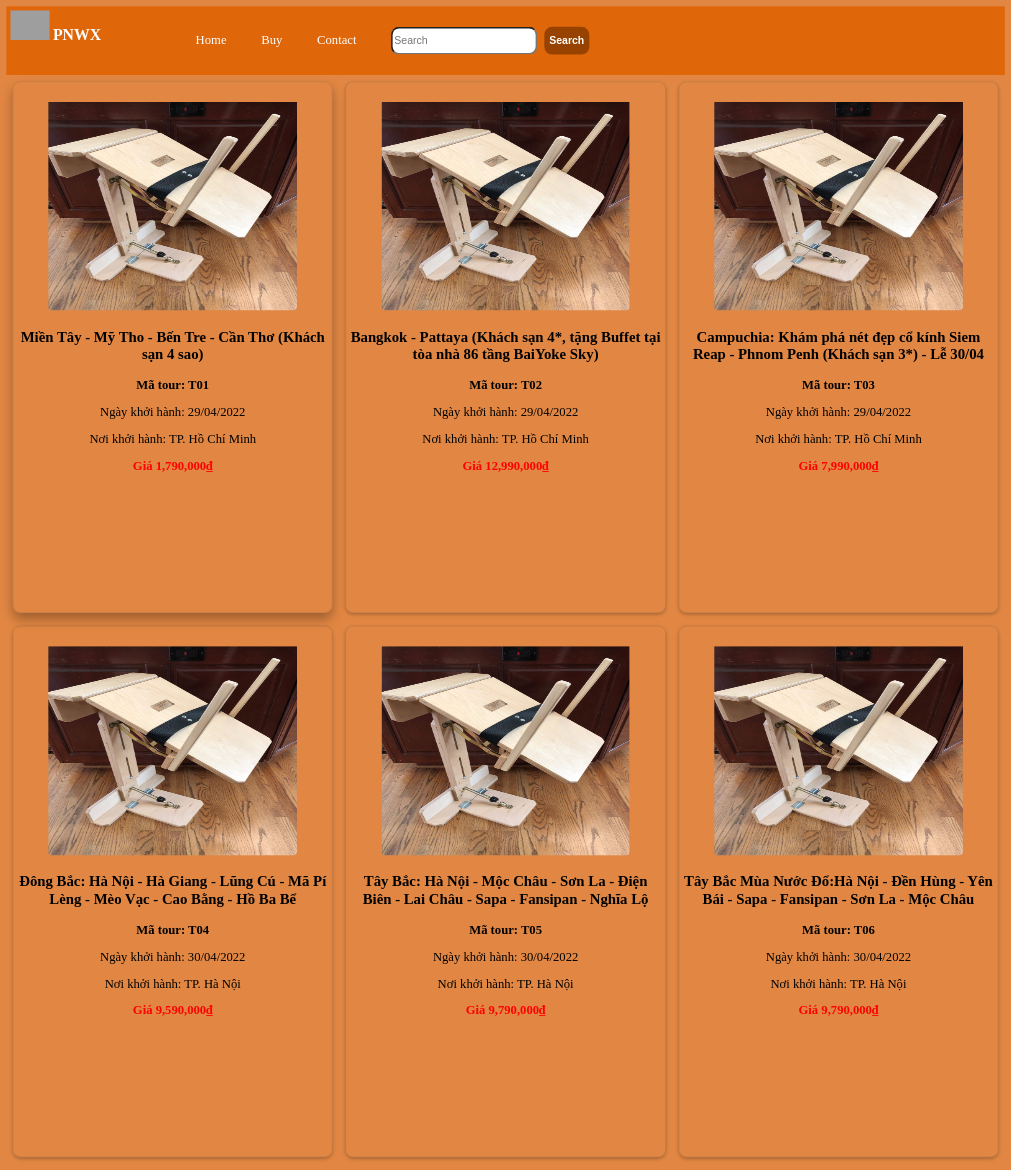
Repository: meiming24/meiming24.github.io
Page: index.html
The author's editor kept a copy of each file at every save. The page is drawn from the files as they stood at one save, then again after a run of saves.
The browser window is 1280 px wide. The pictures show the whole page, at 79% of full size.
The pointer rests on the first visible `.content .item`.
Pictures or frames that could not be fetched are drawn as grey boxes.

Above is the page before, as saved 2022-05-10 00:08:17.

After the next 3 saves:
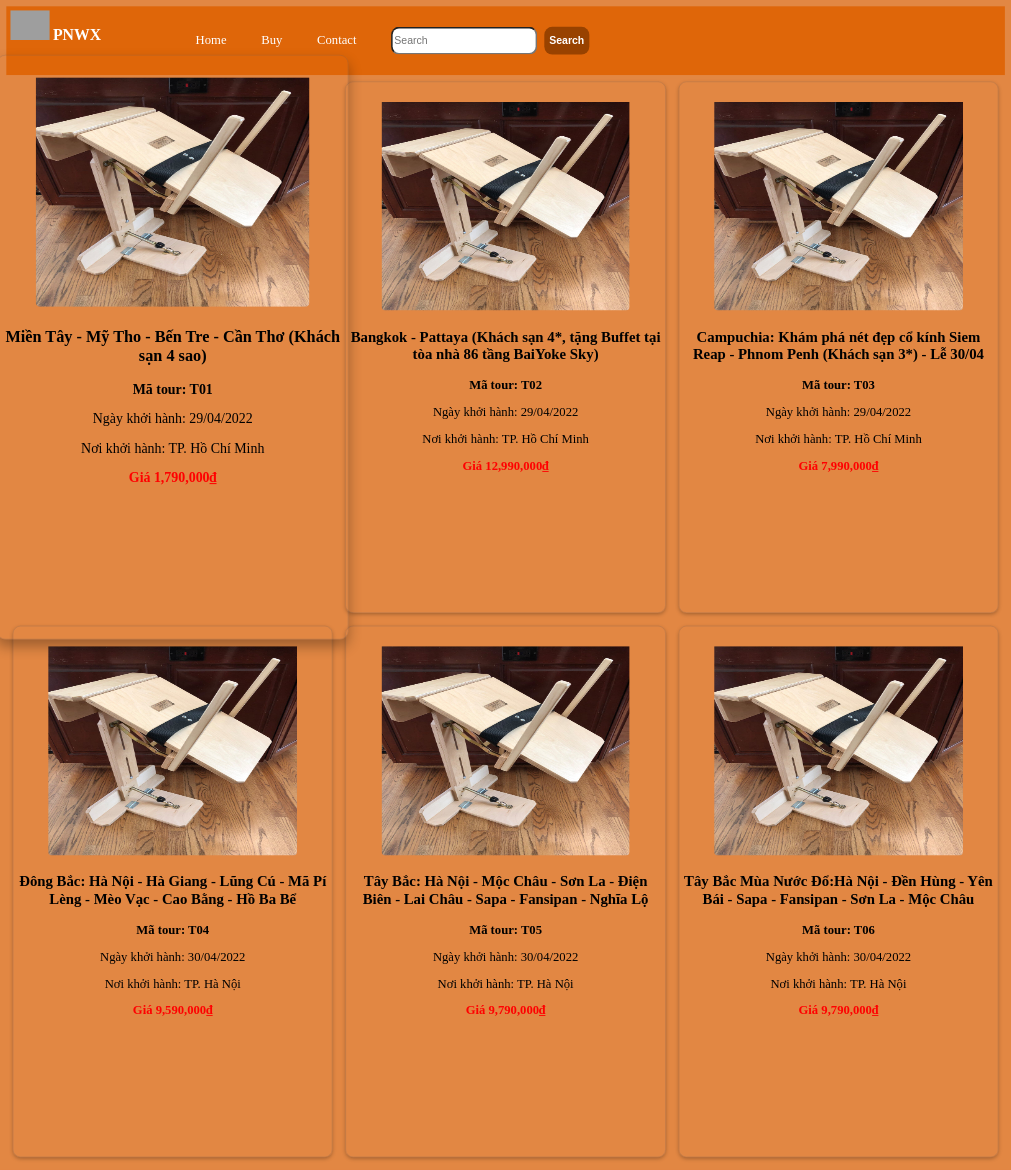
The 3 saves are shown as one change because they came seconds apart.
The last was saved 9 s later.
--- a/index.css
+++ b/index.css
@@ -124,6 +124,6 @@
 }
 
 .content .item:hover {
-    transform: ;
+    transform: scale(1.1);
     box-shadow: 0 8px 15px rgba(0, 0, 0, 0.3);
 }

After the 2 saves that followed:
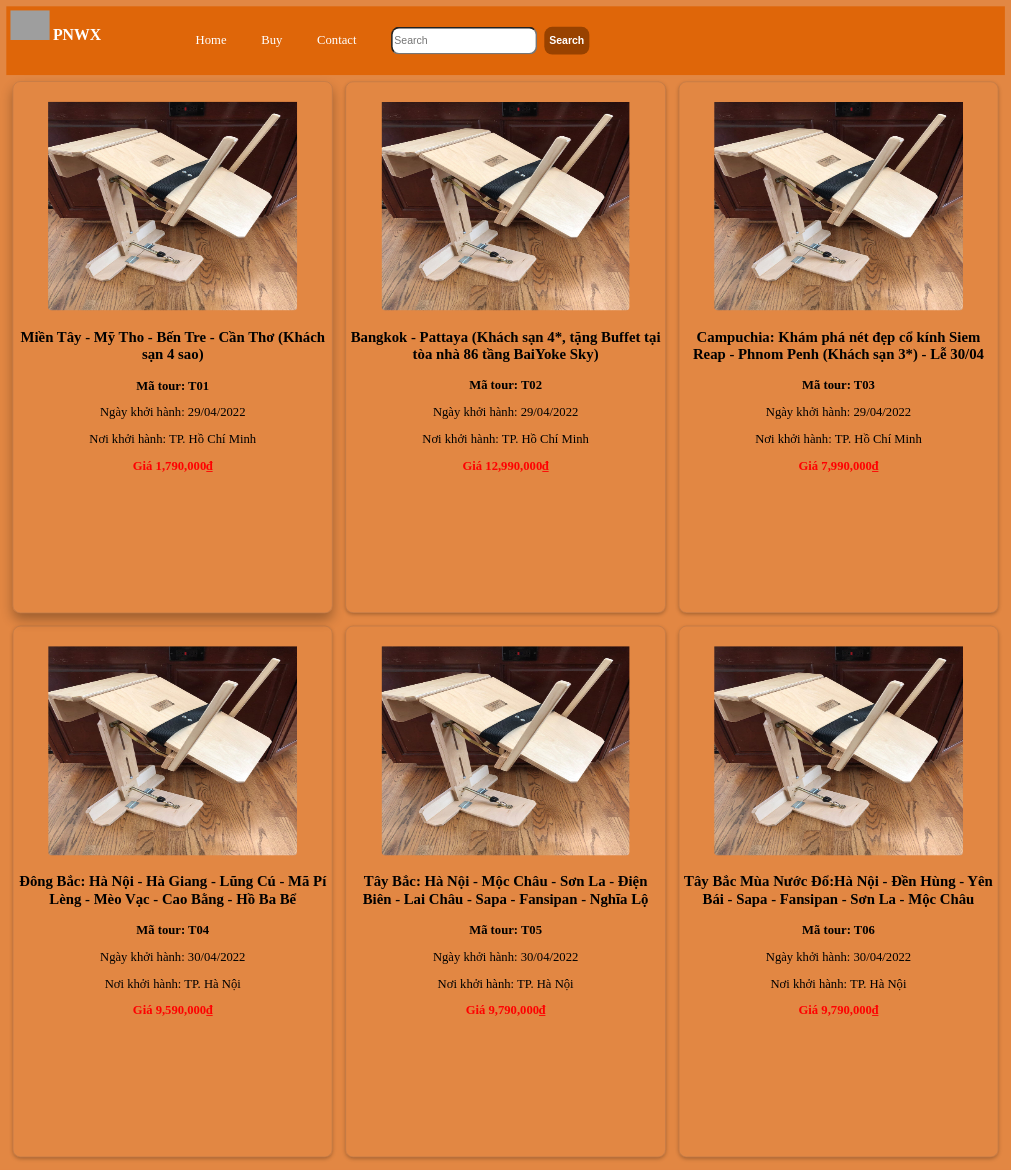
The 2 saves are shown as one change because they came seconds apart.
The last was saved 12 s later.
--- a/index.css
+++ b/index.css
@@ -124,6 +124,6 @@
 }
 
 .content .item:hover {
-    transform: scale(1.1);
+    transform: scale(1.001);
     box-shadow: 0 8px 15px rgba(0, 0, 0, 0.3);
 }
